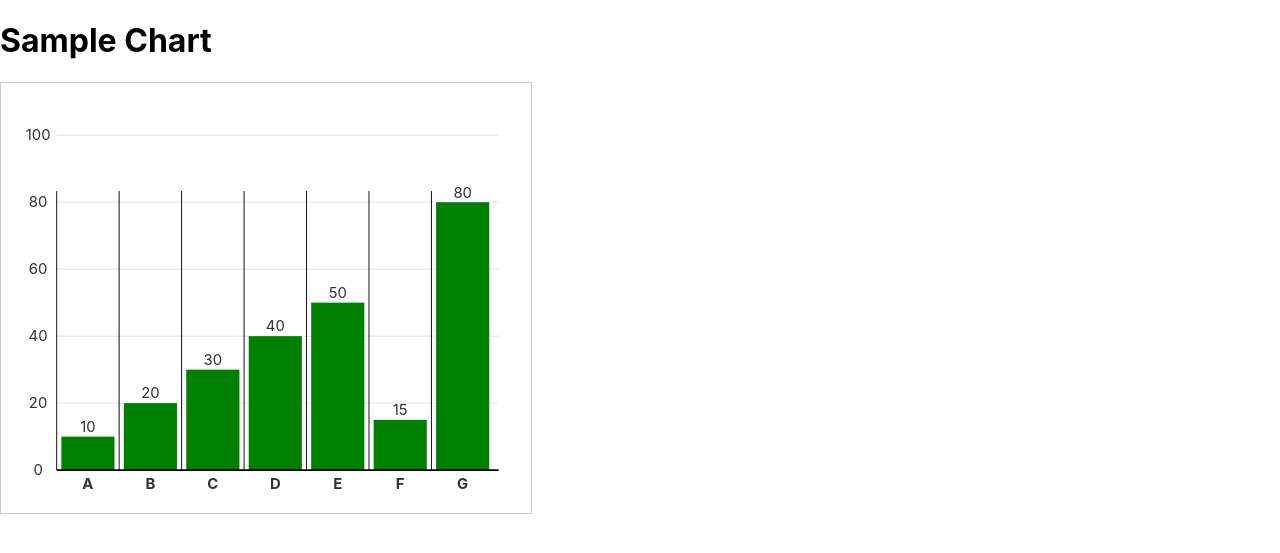
Repository: CaptainJang316/GChart
Page: /
These files come from the project's save history. The page is drawn as it stood at one moment and after the next save; the edit follows.
The browser window is 1280 px wide. The pictures show the whole page.
The project was rebuilt for these pictures with package versions that can differ from the ones it lists, and the page was loaded fresh each time. Also part of the build but not shown: src/App.css.

Above is the page before, as saved 2024-11-09 18:00:40.

After the next save:
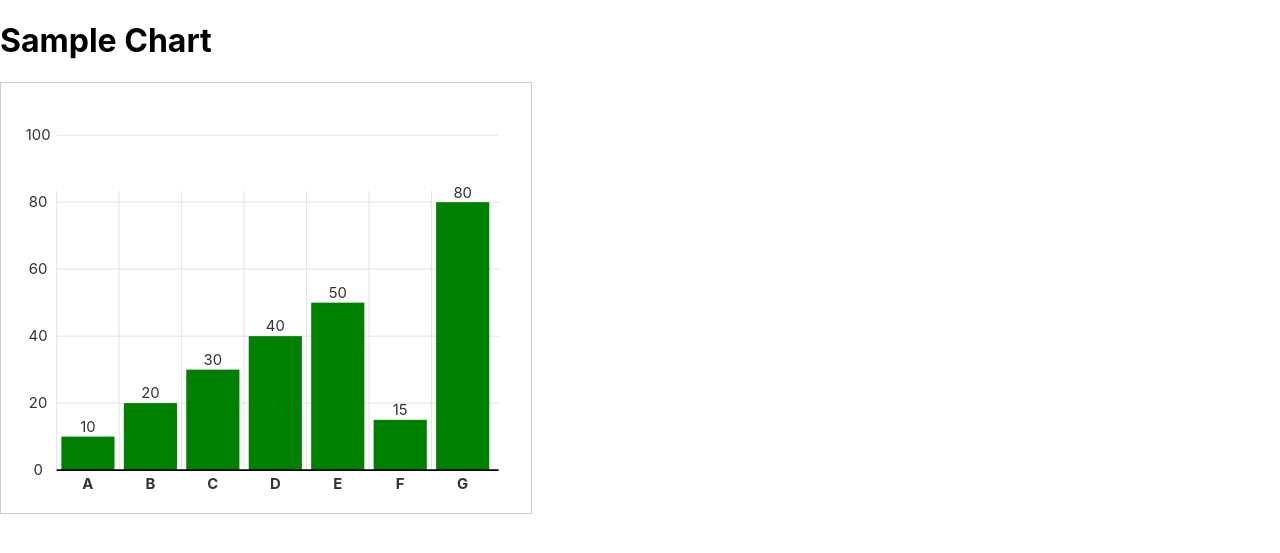
Saved 22 s later.
--- a/src/components/Chart/BarChart.tsx
+++ b/src/components/Chart/BarChart.tsx
@@ -65,7 +65,7 @@ const BarChart: React.FC<Option> = ({
                             y1={height}
                             x2={barWidth * index + 25}
                             y2={100}
-                            stroke="black"
+                            stroke="#e0e0e0"
                             // strokeDasharray="4 4"
                             strokeWidth={1}
                         />
